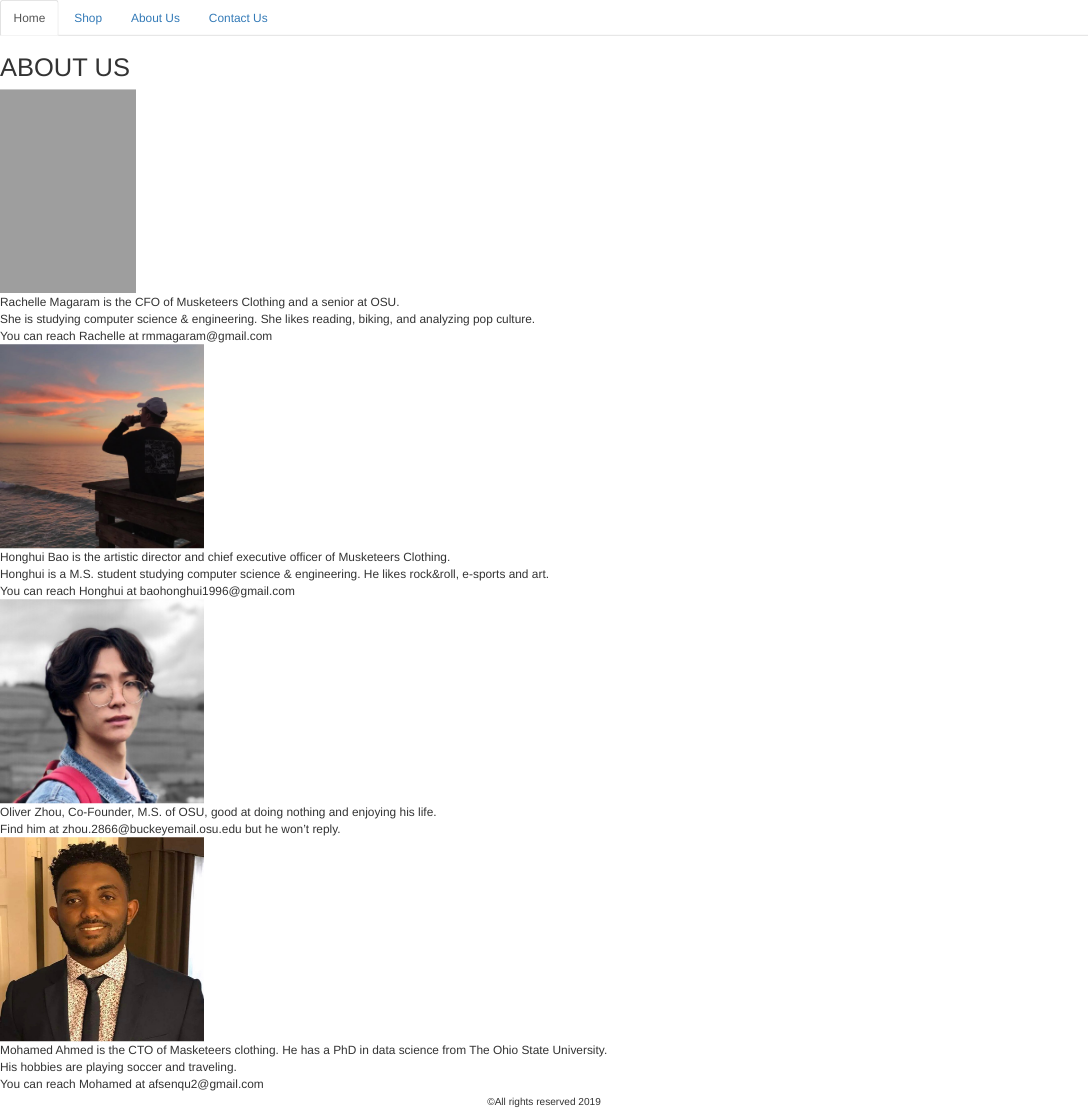
Repository: hamadanoor9/musketeers
Page: http://localhost/MusketeersClothing/WEB-INF/jsp/AboutUs.jsp
The author's editor kept a copy of each file at every save. The page is drawn from the files as they stood at one save, then again after the next save.
The browser window is 1280 px wide. The pictures show the whole page, at 85% of full size.
Pictures or frames that could not be fetched are drawn as grey boxes. The page is served by Tomcat 9. Nobody is signed in. The template is opened directly, without the code that normally fills it, so the values that code supplies are empty.

Above is the page before, as saved 2019-10-07 02:00:47.
Not found: MusketeersClothing/MusketeersClothing/WEB-INF/jsp/css/mystyle.css

After the next save:
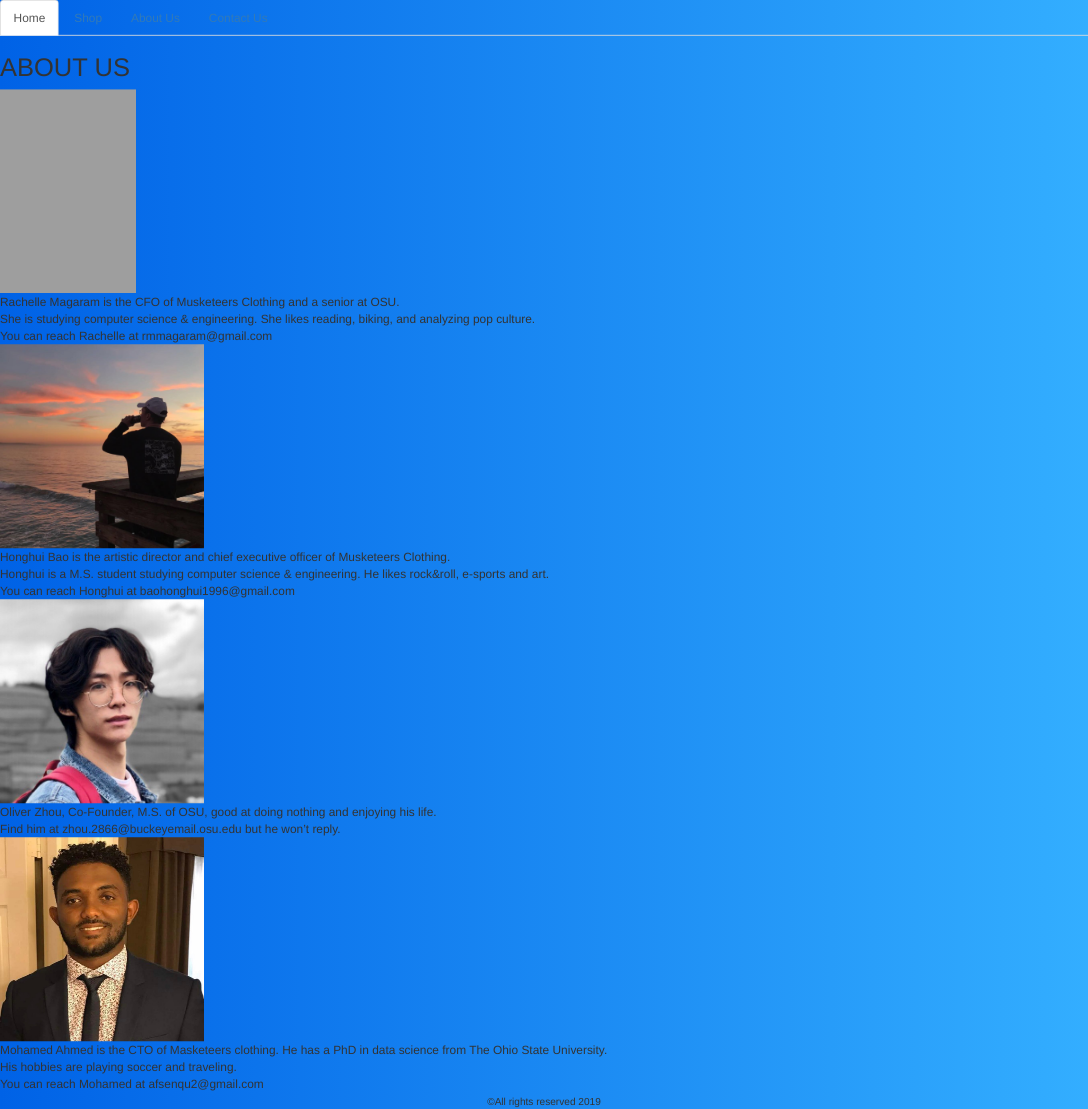
Saved 22 s later.
--- a/MusketeersClothing/WebContent/WEB-INF/jsp/Header.jsp
+++ b/MusketeersClothing/WebContent/WEB-INF/jsp/Header.jsp
@@ -11,7 +11,7 @@
 
 
     <link rel="stylesheet" href="https://stackpath.bootstrapcdn.com/bootstrap/3.4.1/css/bootstrap.min.css" integrity="sha384-HSMxcRTRxnN+Bdg0JdbxYKrThecOKuH5zCYotlSAcp1+c8xmyTe9GYg1l9a69psu" crossorigin="anonymous">
-	<link rel="stylesheet" href="css/mystyle.css">
+	<link rel="stylesheet" href="/WebContent/css/mystyle.css">
 
   </head>
   <body>
